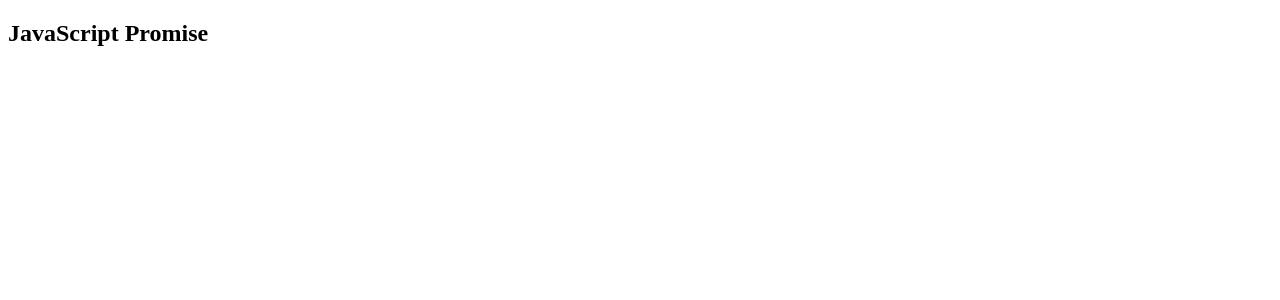
Repository: Toni3498/JsCourse
Page: asyncAwait/index.html
These files come from the project's save history. The page is drawn as it stood at one moment and after the next save; the edit follows.
The browser window is 1280 px wide. The pictures show the whole page.
The page's requests for data from a server got no answer.

Above is the page before, as saved 2021-09-01 16:24:24.

After the next save:
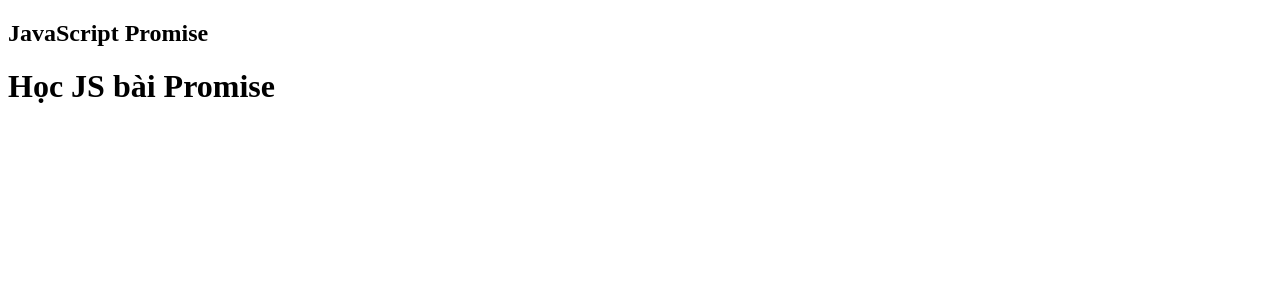
Saved 9 min 0 s later.
--- a/asyncAwait/index.html
+++ b/asyncAwait/index.html
@@ -2,7 +2,7 @@
 <html>
   <body>
     <h2>JavaScript Promise</h2>
-
+    <h1>Học JS bài Promise</h1>
     <p id="demo"></p>
 
     <script>
